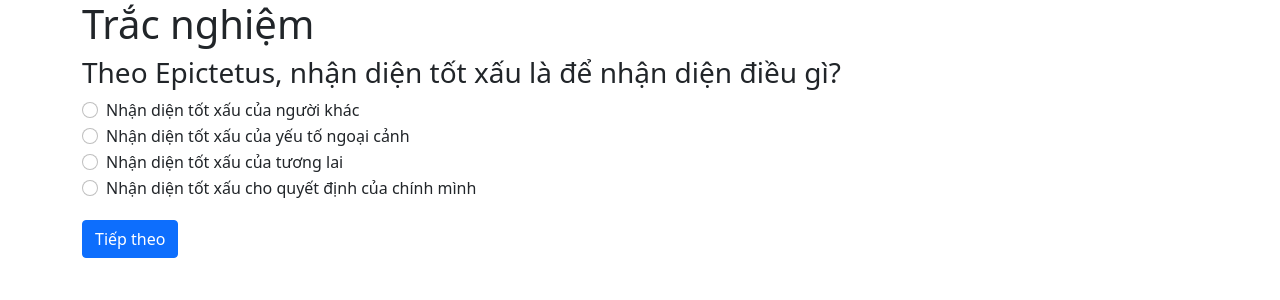
Repository: tran-thien-nhan/quiz_tlln
Page: index.html
The author's editor kept a copy of each file at every save. The page is drawn from the files as they stood at one save, then again after the next save.
The browser window is 1280 px wide. The pictures show the whole page.

Above is the page before, as saved 2023-06-25 12:16:21.

After the next save:
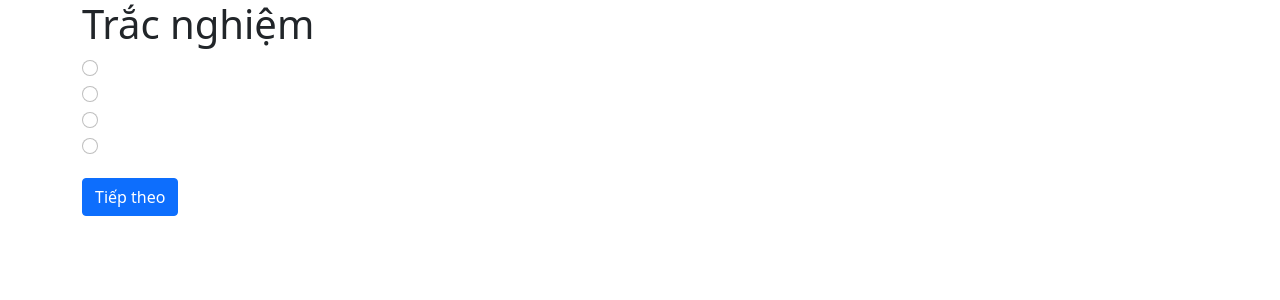
Saved 2 min 37 s later.
--- a/index.html
+++ b/index.html
@@ -88,15 +88,6 @@
                     }
                 }
 
-                // Xáo trộn mảng câu hỏi
-                function shuffleQuestions(questions) {
-                    for (let i = questions.length - 1; i > 0; i--) {
-                        const j = Math.floor(Math.random() * (i + 1));
-                        [questions[i], questions[j]] = [questions[j], questions[i]];
-                    }
-                    return questions;
-                }
-
 
                 // Kiểm tra câu trả lời
                 function checkAnswer() {

After the save that followed:
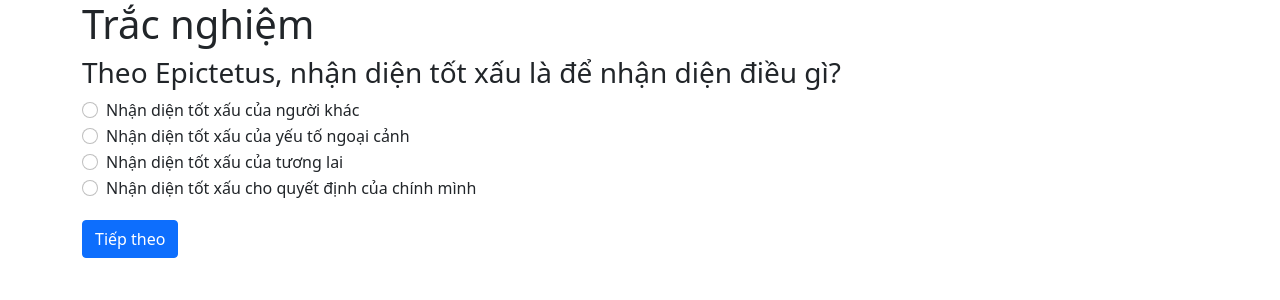
Saved 12 s later.
--- a/index.html
+++ b/index.html
@@ -88,6 +88,15 @@
                     }
                 }
 
+                // Xáo trộn mảng câu hỏi
+                function shuffleQuestions(questions) {
+                    for (let i = questions.length - 1; i > 0; i--) {
+                        const j = Math.floor(Math.random() * (i + 1));
+                        [questions[i], questions[j]] = [questions[j], questions[i]];
+                    }
+                    return questions;
+                }
+
 
                 // Kiểm tra câu trả lời
                 function checkAnswer() {
